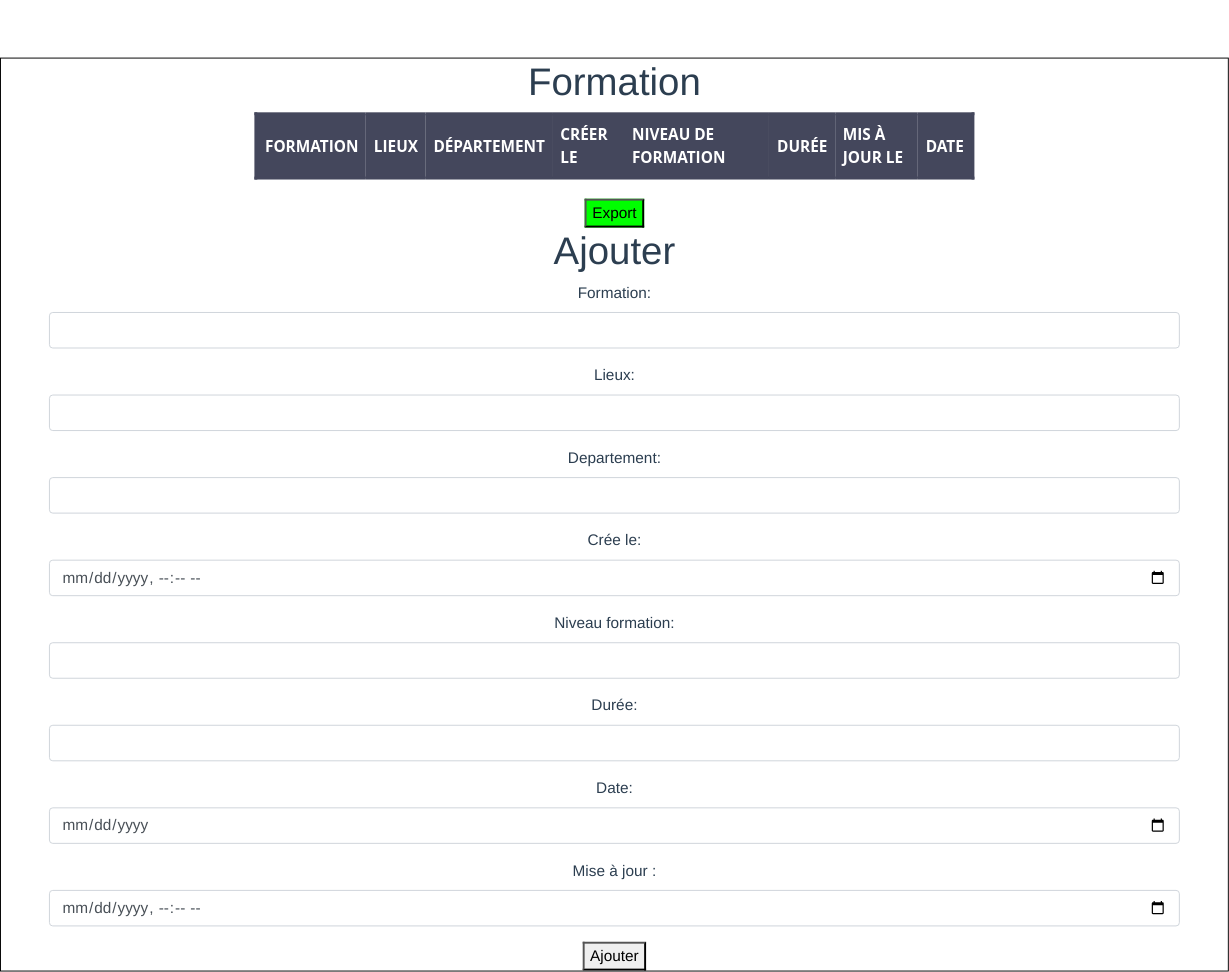
Repository: BaldeThierno1990/Projet-1-formation-tableau-generique-vue-export
Page: / (app in mcc/)
These files come from the project's save history. The page is drawn as it stood at one moment and after the next save; the edit follows.
The browser window is 1280 px wide. The pictures show the whole page, at 96% of full size.
The page's requests for data from a server got no answer. The project was rebuilt for these pictures with package versions that can differ from the ones it lists, and the page was loaded fresh each time. No one was signed in, and anything a server would have sent is missing.

Above is the page before, as saved 2021-03-18 10:14:04.

After the next save:
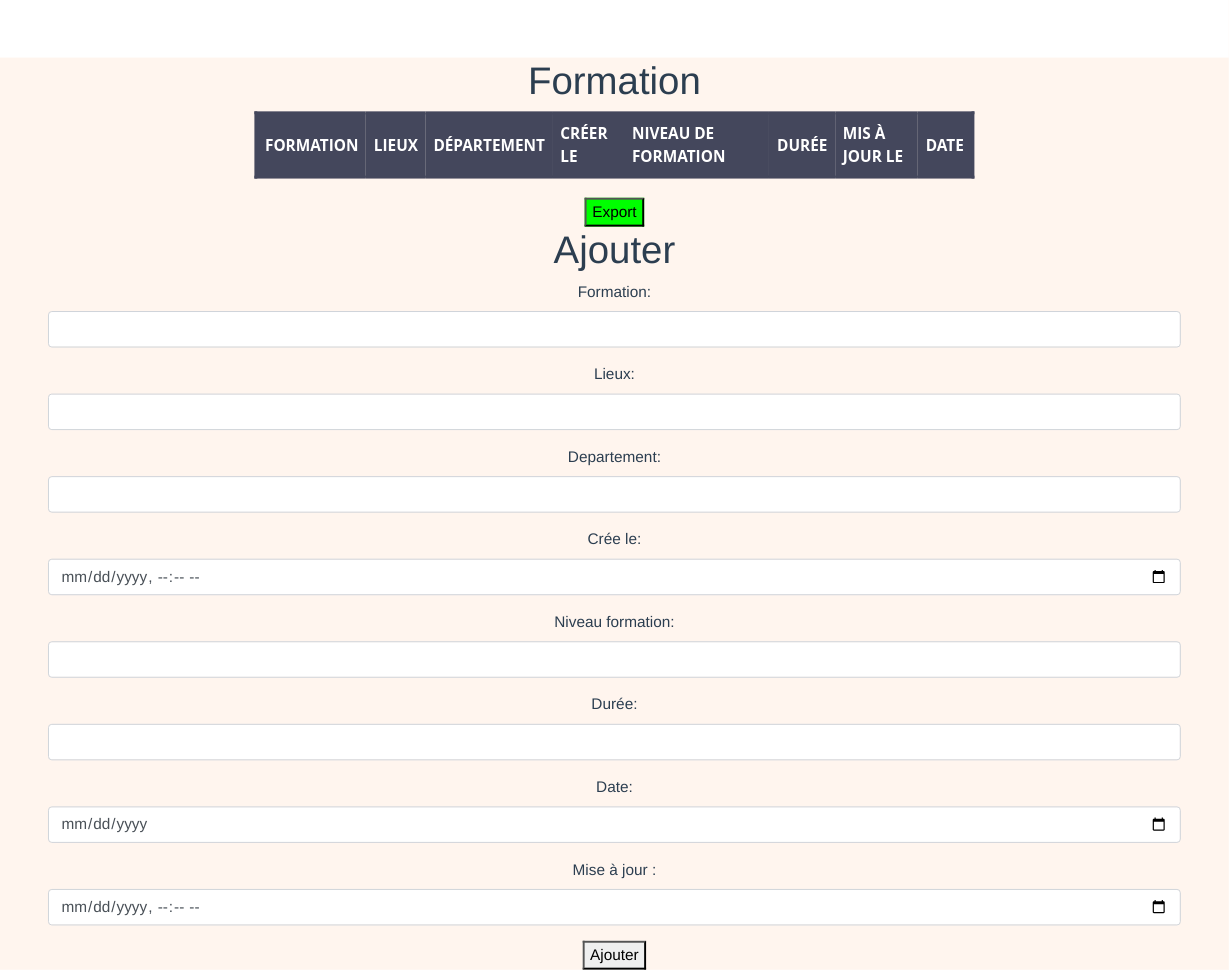
Saved 73 s later.
--- a/mcc/src/components/Home.vue
+++ b/mcc/src/components/Home.vue
@@ -76,7 +76,7 @@
   margin-top: 20px;
 }
 .home{
-  border: 1px solid black;
+ background-color: seashell;
 }
 </style>
 <script>
